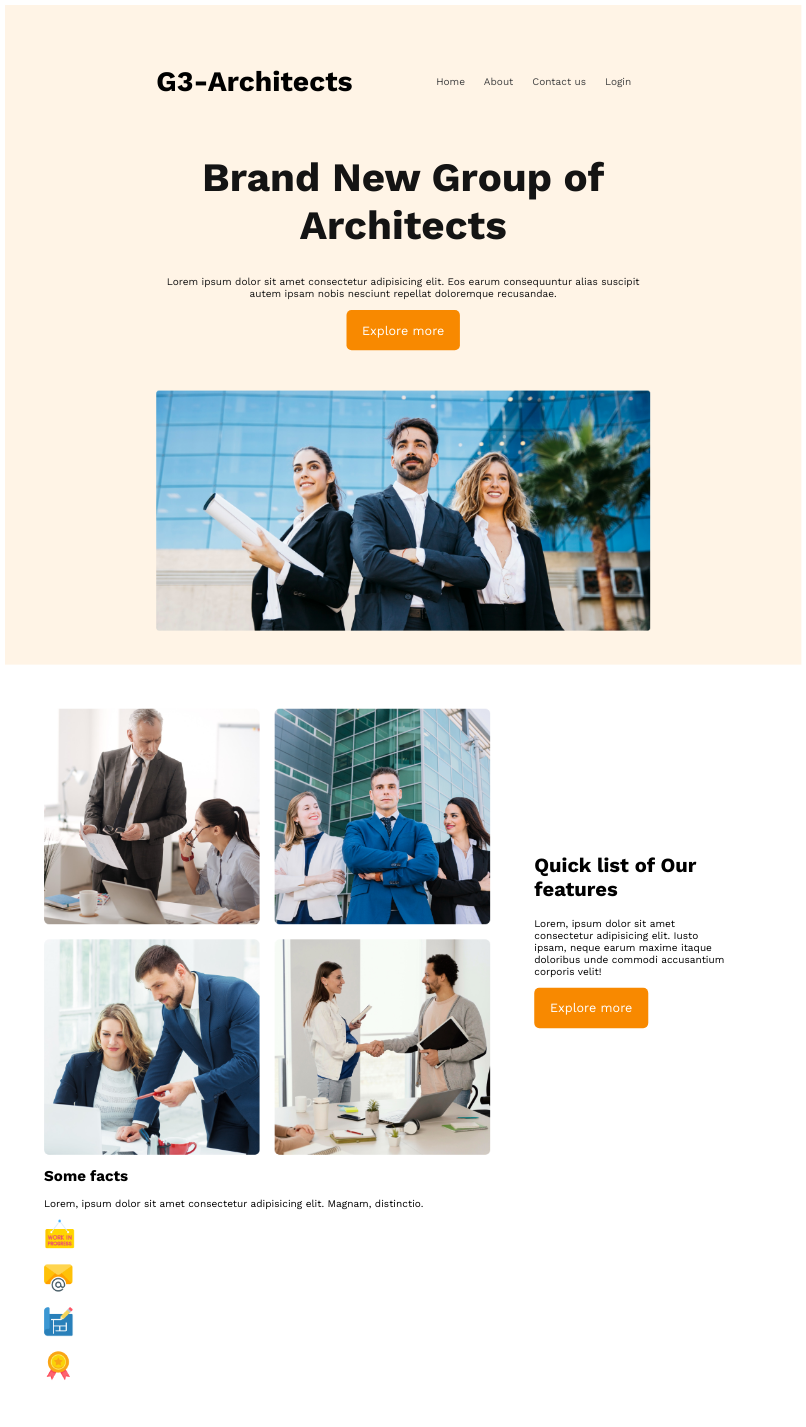
Repository: RudrasahaDibos/architects-resources
Page: index.html
An editor plug-in stored every save of this project. The page is shown before and after the next save, followed by the edit.
The browser window is 1280 px wide. The pictures show the whole page, at 63% of full size.

Above is the page before, as saved 2024-10-06 22:02:17.

After the next save:
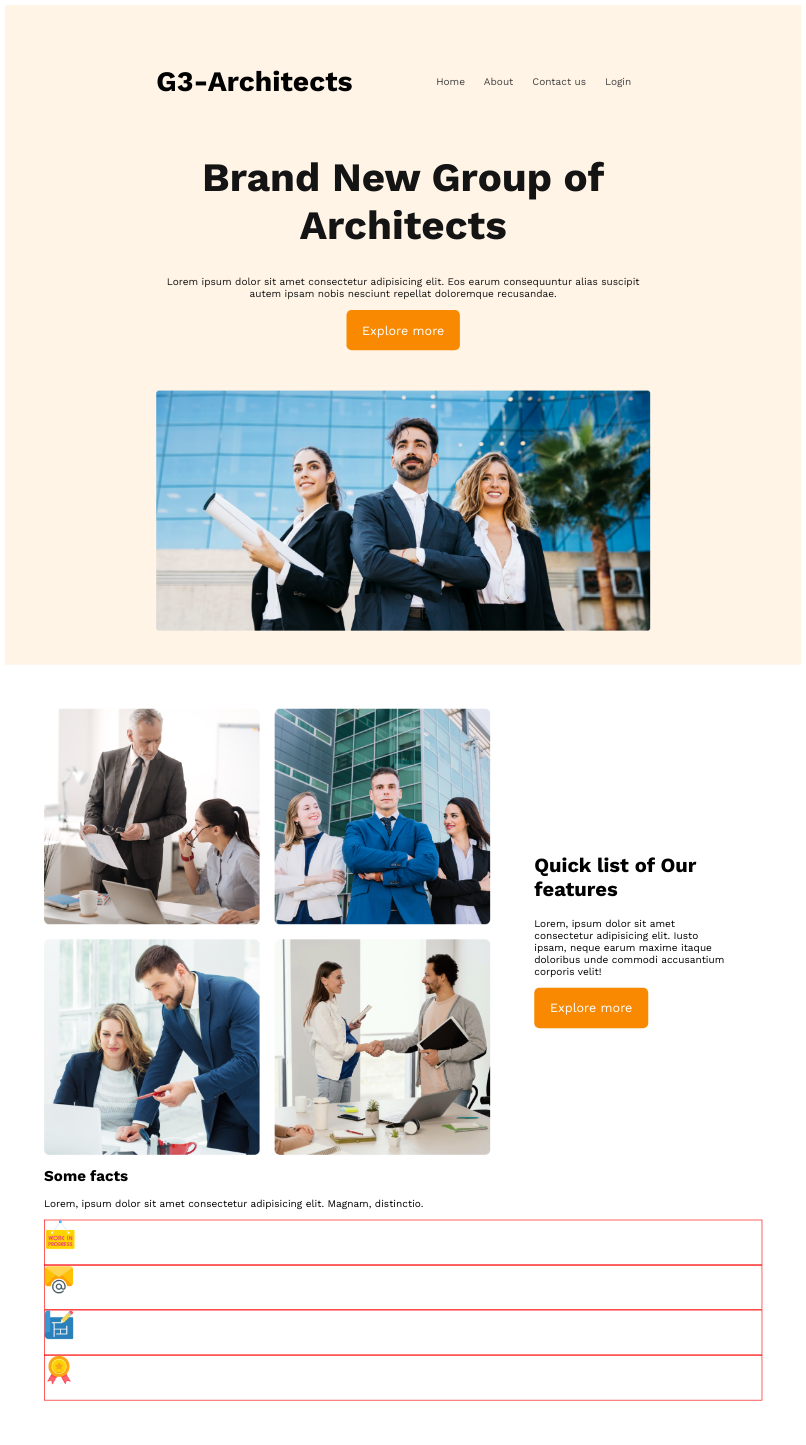
Saved 87 s later.
--- a/index.css
+++ b/index.css
@@ -98,7 +98,7 @@
 
  /* some */
  .fact-card-container .card{
-      border: 1 solid red;
+      border: 1px solid red;
  }
  /* media Quary */
  @media screen and (max-width: 576px) {

After the 5 saves that followed:
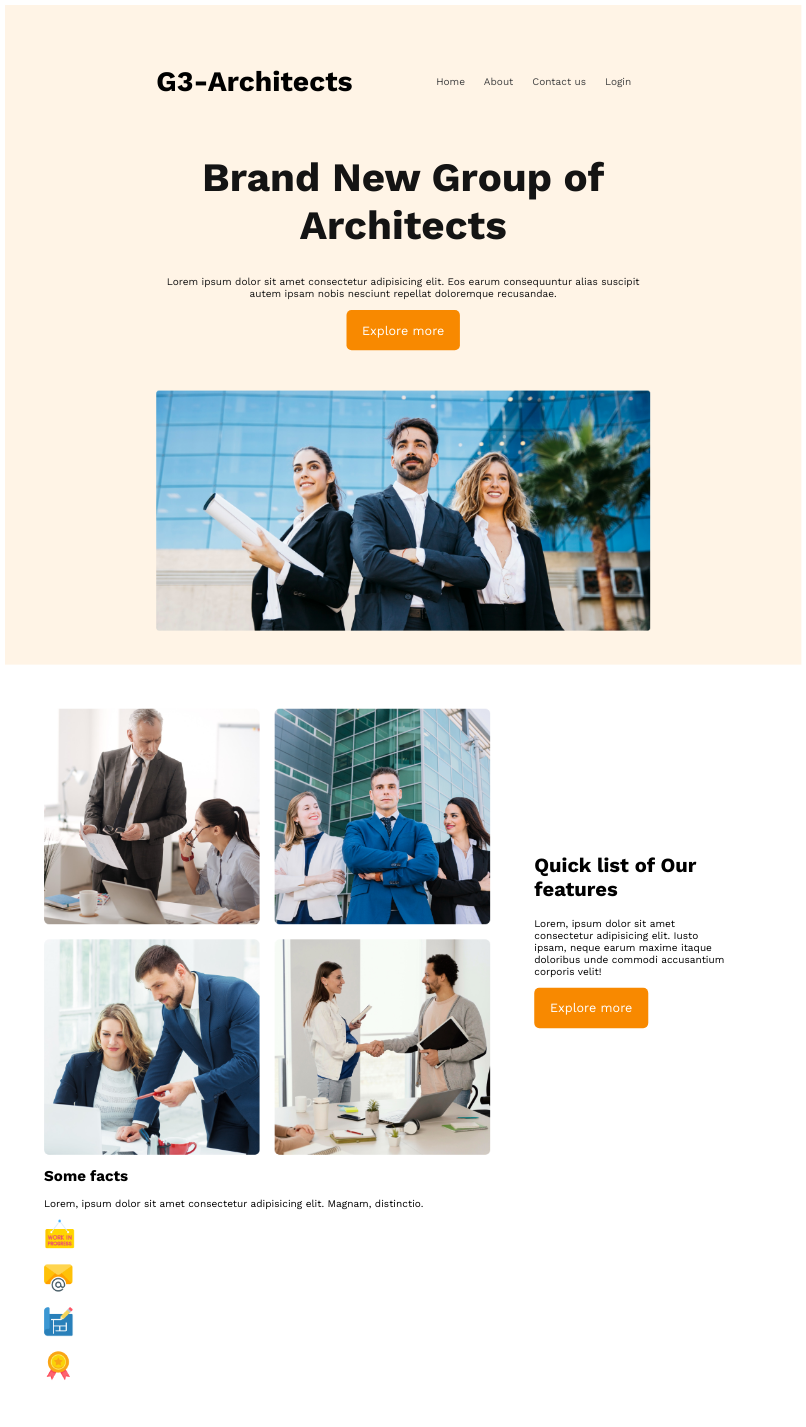
The 5 saves are shown as one change because 2 left the picture as it was and some came seconds apart.
The last was saved 29 s later.
--- a/index.css
+++ b/index.css
@@ -98,6 +98,7 @@
 
  /* some */
  .fact-card-container .card{
+      bor
       border: 1px solid red;
  }
  /* media Quary */
